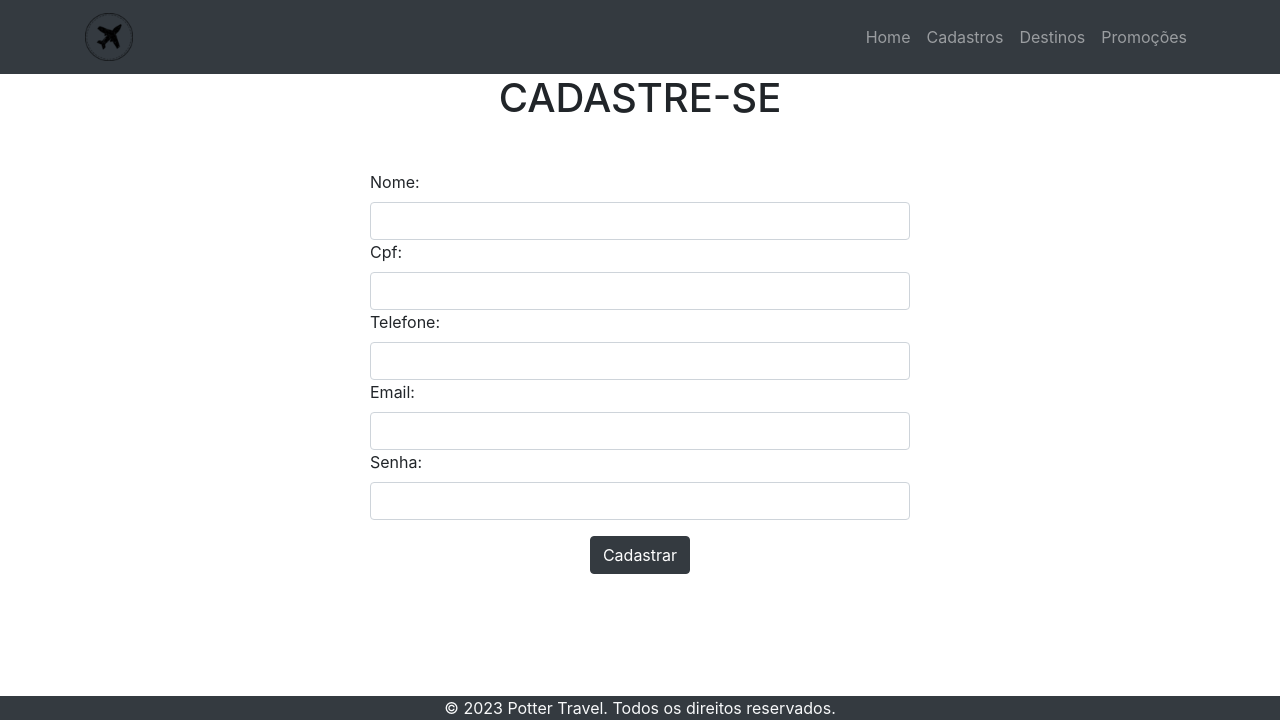
Repository: marcelledssantos/PotterTravel-MVC
Page: http://localhost/PotterTravel-MVC/cadastro.jsp
An editor plug-in stored every save of this project. The page is shown before and after the next save, followed by the edit.
The browser window is 1280 px wide. The pictures show the whole page.
Some web libraries are served in a nearby version. The page is served by Tomcat 9.

Above is the page before, as saved 2023-11-03 00:03:09.

After the next save:
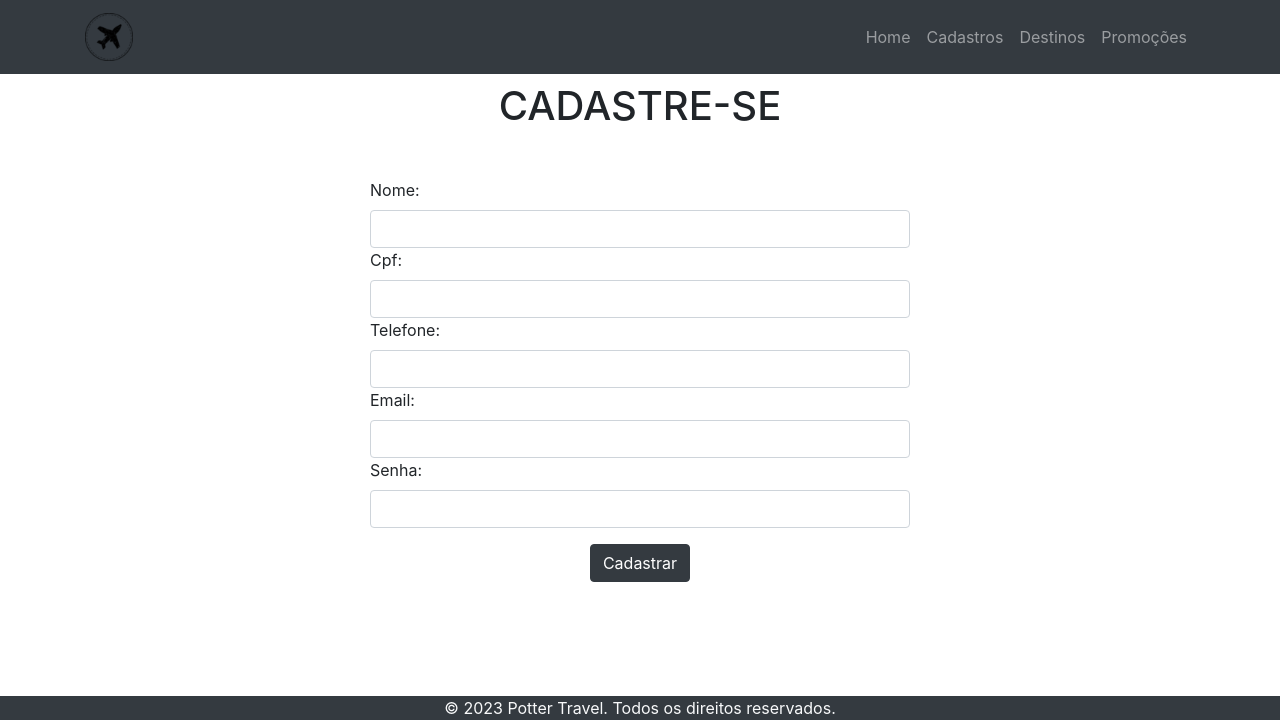
Saved 7 s later.
--- a/PotterTravel-MVC/src/main/webapp/cadastro.jsp
+++ b/PotterTravel-MVC/src/main/webapp/cadastro.jsp
@@ -38,7 +38,7 @@
 	<div class="container">
 		<div class="row justify-content-center">
 			<div class="col-md-6">
-				<h1 class="mt-6 text-center text-uppercase">Cadastre-se</h1>
+				<h1 class="mt-2 text-center text-uppercase">Cadastre-se</h1>
 				<form class="mt-5" action="CreateController" method="post">
 					<div class="form-group">
 
